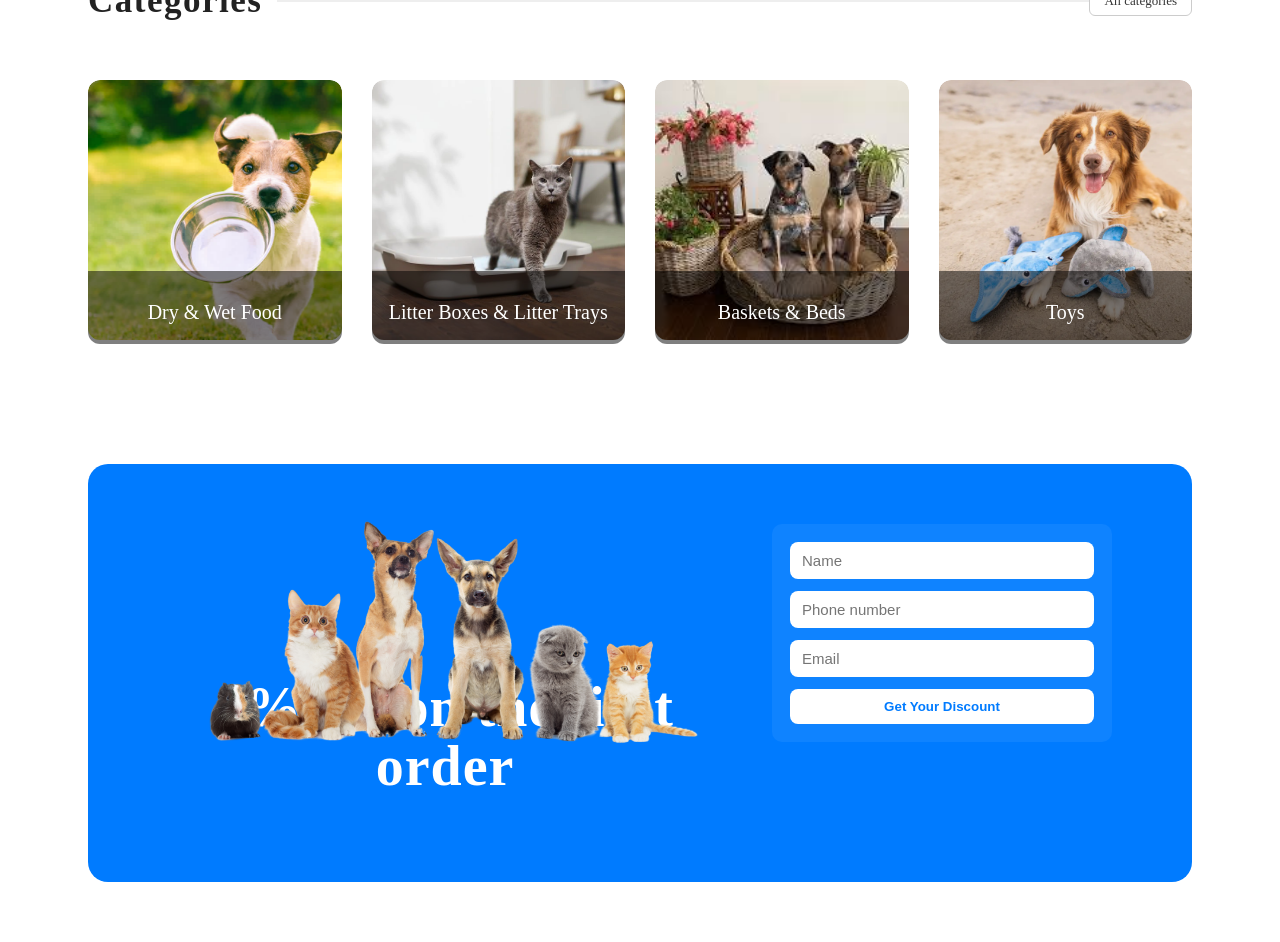
Repository: JuliiaJuliia/pet-shop-frontend
Page: / (app in pet-shop-frontend/)
These files come from the project's save history. The page is drawn as it stood at one moment and after the next save; the edit follows.
The browser window is 1280 px wide. The pictures show the part of the page from y = 703 to 1655 px (the page is 1645 px tall before and 1655 px after).
The project was rebuilt for these pictures with package versions that can differ from the ones it lists, and the page was loaded fresh each time. Also part of the build but not shown: pet-shop-frontend/vite.config.js, pet-shop-frontend/src/pages/CheckoutPage.jsx, pet-shop-frontend/src/api/axios.js, pet-shop-frontend/src/components/ProductList.jsx.

Above is the page before, as saved 2025-11-06 14:55:13.

After the next save:
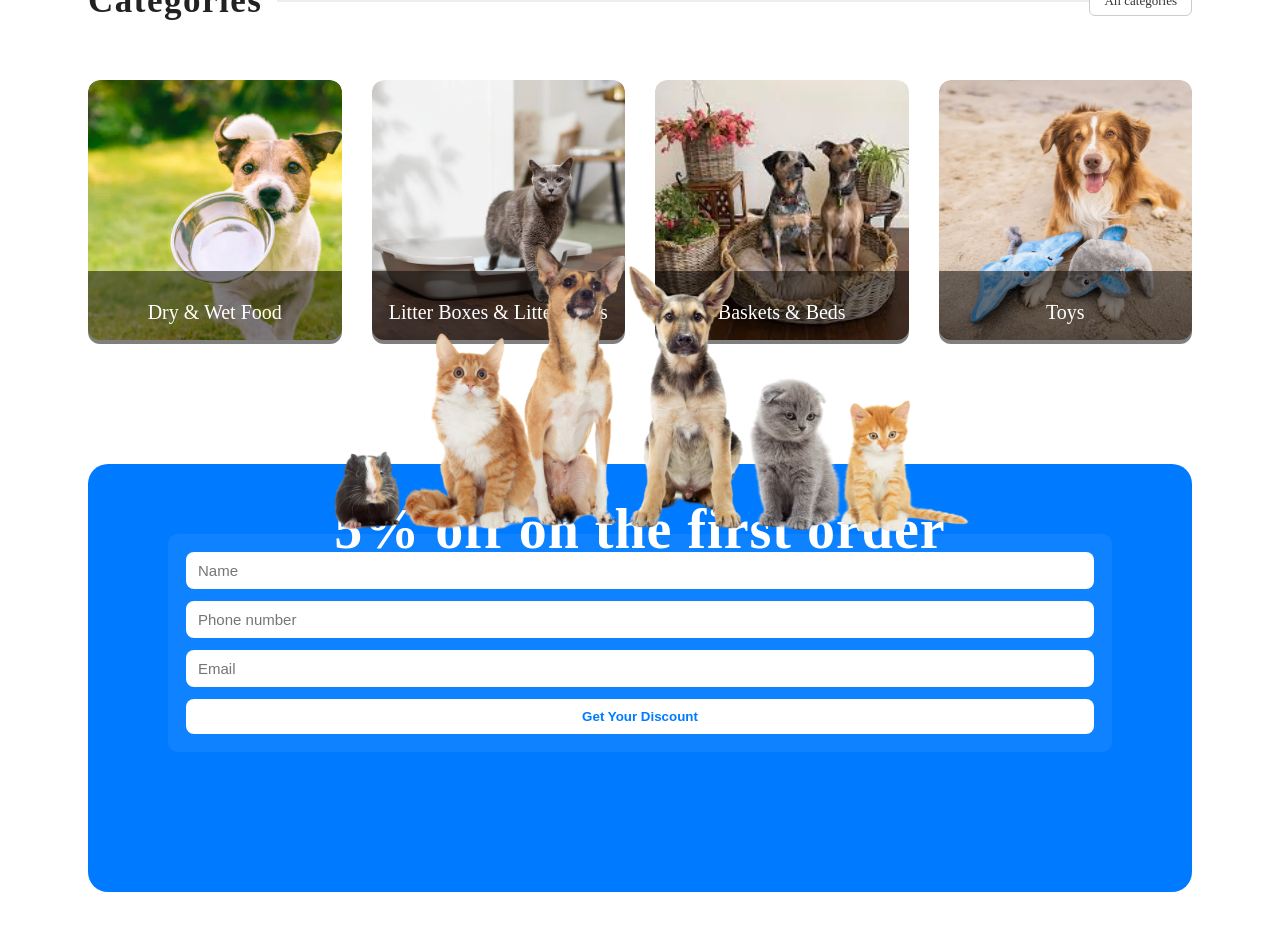
Saved 10 s later.
--- a/pet-shop-frontend/src/components/DiscountBanner.css
+++ b/pet-shop-frontend/src/components/DiscountBanner.css
@@ -27,7 +27,7 @@
 
   /* вміст під заголовком: картинка ліворуч, форма праворуч */
   .discount-banner__content {
-    display: flex;
+    display: c;
     justify-content: space-between;
     align-items: flex-end;
     gap: 50px;

After the 2 saves that followed:
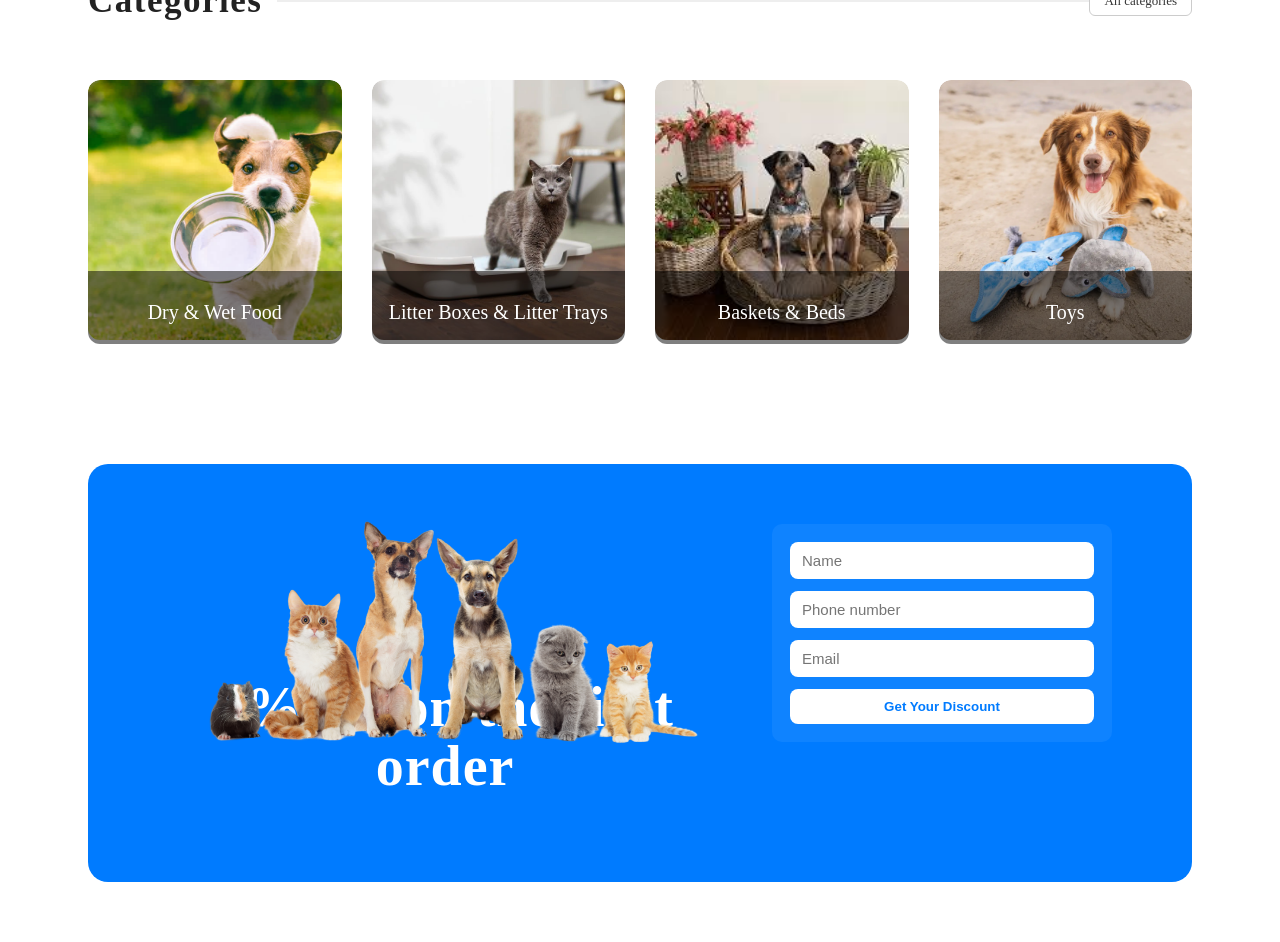
The 2 saves are shown as one change because 1 left the picture as it was.
The last was saved 9 s later.
--- a/pet-shop-frontend/src/components/DiscountBanner.css
+++ b/pet-shop-frontend/src/components/DiscountBanner.css
@@ -27,7 +27,7 @@
 
   /* вміст під заголовком: картинка ліворуч, форма праворуч */
   .discount-banner__content {
-    display: c;
+    display: flex;
     justify-content: space-between;
     align-items: flex-end;
     gap: 50px;
